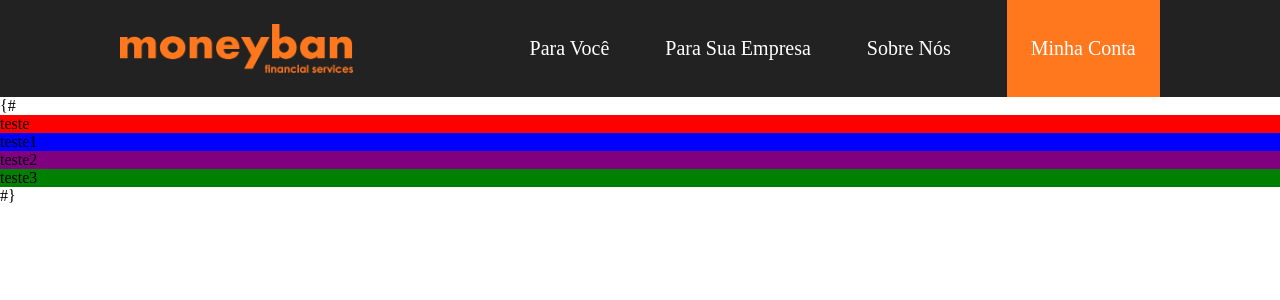
Repository: IvanCardoso91/moneyban
Page: index.html
These files come from the project's save history. The page is drawn as it stood at one moment and after the next save; the edit follows.
The browser window is 1280 px wide. The pictures show the whole page.
Some icons come from a web library that is not loaded, so they are not drawn. Some web fonts or font styles are not loaded; a fallback is used.

Above is the page before, as saved 2020-12-13 14:18:16.

### index.html
<!DOCTYPE html>
<html lang="en">

<head>
    <meta charset="UTF-8">
    <meta name="viewport" content="width=device-width, initial-scale=1.0">
    <link rel="stylesheet" href="./style/main-style.css" type="text/css">
    <link href="/Repositorios/site-moneyban/assets/fontawesome-free/css/all.css" rel="stylesheet">
    <title>Moneyban</title>
    <div class="menu-box">
        <div class="site-title">
            <img src="./assets/img/moneyban 3.png" alt="moneyban" width="233" height="49" />
        </div>
        <div class="menu-options">
            <span class="menu-options-text"><a>Para Você <i class="fas fa-chevron-down" style="color:#FF781D;"></i></a></span>
            <span class="menu-options-text"><a>Para Sua Empresa <i class="fas fa-chevron-down" style="color:#FF781D;"></i></a></span>
            <span class="menu-options-text"><a>Sobre Nós</a></span>
            <div class="menu-options-my-account"><a>Minha Conta</a></div>
        </div>
    </div>
</head>

<body>
    {# <br>
    <div id='teste' class="teste">teste</div>
    <div class="teste1">teste1</div>
    <div class="teste2">teste2</div>
    <div class="teste3">teste3</div> #}
    <script type="text/javascript" src="./script/main-index.js"></script>
</body>

</html>

### style/main-style.css
@font-face {
    font-family: 'Century Gothic';
    src: url('/Repositorios/site-moneyban/assets/fonts/Century_Gothic.ttf')
}

body {
    margin: 0px;
}

a {
    cursor: pointer;
}

.menu-box {
    background-color: #222222;
    width: 100%;
    display: flex;
    flex-direction: row;
    justify-content: space-evenly;
    height: 97px;
}

.site-title {
    display: flex;
    align-items: center;
}

.title-text {
    color: #FF781D;
    font-family: 'Century Gothic';
    font-weight: bold;
}

.subtitle-text {
    color: #FF781D;
    font-family: 'Century Gothic';
}

.menu-options {
    display: flex;
    align-items: center;
    justify-content: flex-end;
}

.menu-options-text {
    color: #FFFFFF;
    font-size: 20px;
    font-family: 'Century Gothic';
    margin-left: 56px;
}

.menu-options-my-account {
    background-color: #FF781D;
    color: #FFFFFF;
    font-size: 20px;
    font-family: 'Century Gothic';
    margin-left: 56px;
    height: 100%;
    display: flex;
    align-items: center;
    padding: 0px 24px;
}

.teste {
    background-color: red;
}

.teste1 {
    background-color: blue;
}

.teste2 {
    background-color: purple;
}

.teste3 {
    background-color: green;
}

### script/main-index.js
const element = document.getElementById('teste')
console.log('teste', element)

After the next save:
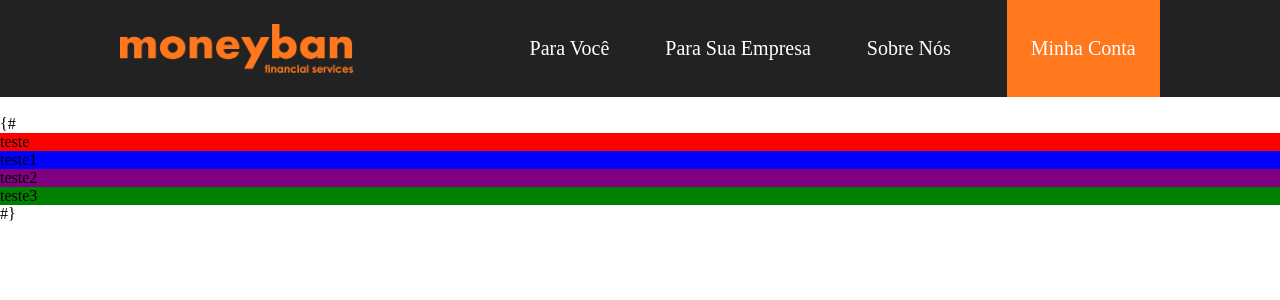
Saved 11 s later.
--- a/index.html
+++ b/index.html
@@ -21,7 +21,7 @@
 </head>
 
 <body>
-    {# <br>
+    <br> {#
     <div id='teste' class="teste">teste</div>
     <div class="teste1">teste1</div>
     <div class="teste2">teste2</div>
